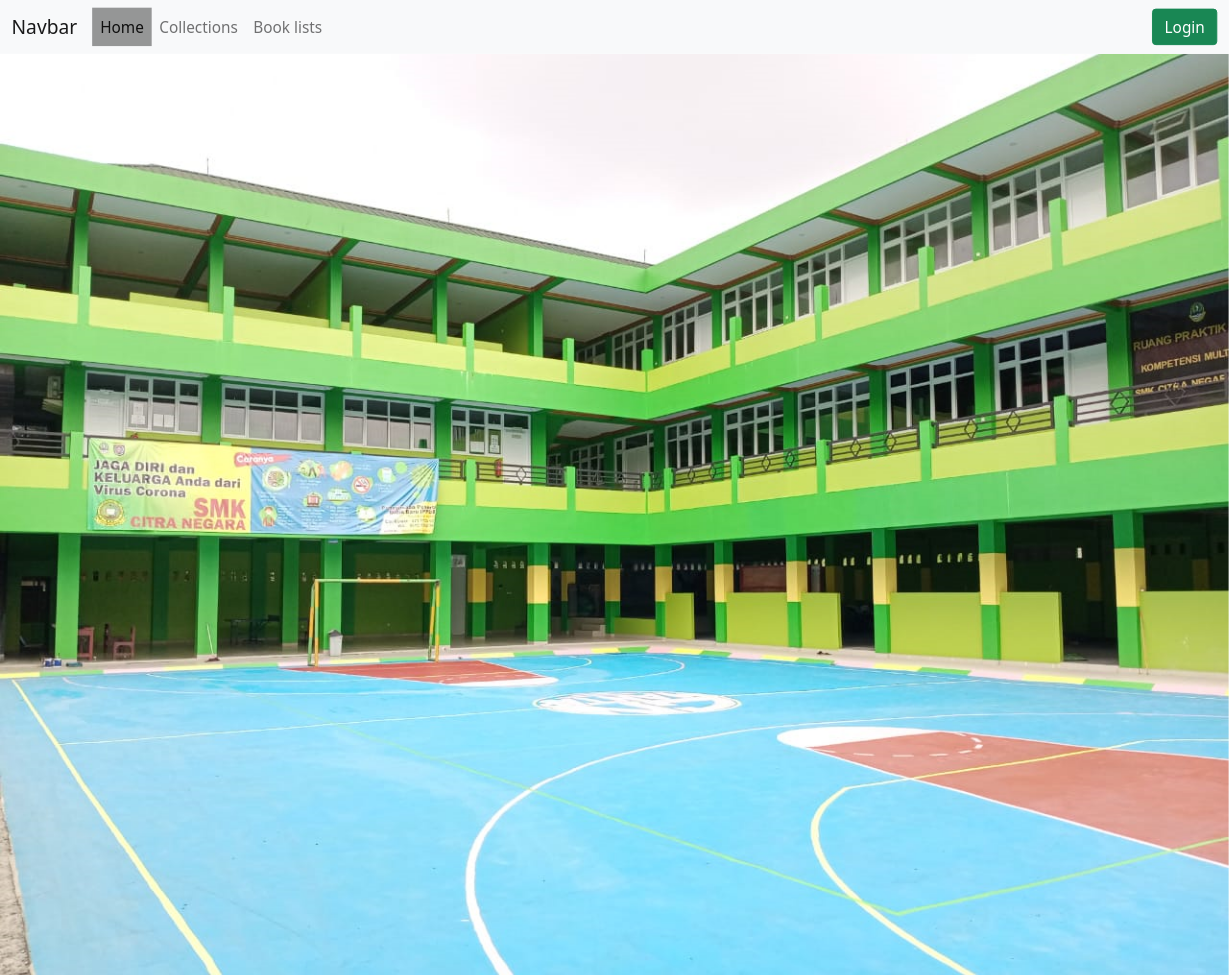
Repository: humanrizki/app-perpus-laravel-8
Page: http://localhost/home
These files come from the project's save history. The page is drawn as it stood at one moment and after the next save; the edit follows.
The browser window is 1280 px wide. The pictures show the whole page, at 96% of full size.
Some web libraries are served in a nearby version. The page is served by the project's Laravel application, run on PHP 8.4 with Laravel 8. Other server files are loaded and not shown.

Above is the page before, as saved 2021-11-25 11:49:23.

### routes/web.php
<?php

use App\Http\Controllers\CollectionController;
use Illuminate\Support\Facades\Route;

/*
|--------------------------------------------------------------------------
| Web Routes
|--------------------------------------------------------------------------
|
| Here is where you can register web routes for your application. These
| routes are loaded by the RouteServiceProvider within a group which
| contains the "web" middleware group. Now create something great!
|
*/

Route::get('/', function () {
    return view('welcome');
});

Auth::routes();

Route::get('/home', [App\Http\Controllers\HomeController::class, 'index'])->name('home');
Route::get('/collections',[CollectionController::class,'index'])->name('collections');
Route::get('/collections/{collection:slug}',[CollectionController::class,'show']);

### app/Http/Controllers/HomeController.php
<?php

namespace App\Http\Controllers;

use Illuminate\Http\Request;

class HomeController extends Controller
{
    /**
     * Create a new controller instance.
     *
     * @return void
     */
    public function __construct()
    {
        $this->middleware('guest');
    }

    /**
     * Show the application dashboard.
     *
     * @return \Illuminate\Contracts\Support\Renderable
     */
    public function index()
    {
        return view('HomeTemplate',[
            'title'=>'home page'
        ]);
    }
}

### resources/views/homeTemplate.blade.php
@extends('layouts.capp')
@section('content')
    <div class="container-img" style="width: 100%; height:80%; overflow:hidden;">
        <div class="img-content">
            <img src="img/cn.png" alt="" class="w-100" style="padding: 0px; margin:0px;">
        </div>
    </div>
@endsection

### resources/views/layouts/capp.blade.php
<!doctype html>
<html lang="en">
  <head>
    <meta charset="utf-8" />
    <meta http-equiv="X-UA-Compatible" content="IE=edge,chrome=1" />
    <meta content='width=device-width, initial-scale=1.0, maximum-scale=1.0, user-scalable=0, shrink-to-fit=no' name='viewport' />
    <title>{{ $title }}</title>

    <!--     Fonts and icons     -->
    <link href="https://fonts.googleapis.com/css?family=Montserrat:400,700,200" rel="stylesheet" />
    <link href="https://use.fontawesome.com/releases/v5.0.6/css/all.css" rel="stylesheet">
    <style>
      *,body{
        margin: 0px;
        padding: 0px;
      }
    </style>
    <link href="https://cdn.jsdelivr.net/npm/bootstrap@5.0.2/dist/css/bootstrap.min.css" rel="stylesheet" integrity="sha384-EVSTQN3/azprG1Anm3QDgpJLIm9Nao0Yz1ztcQTwFspd3yD65VohhpuuCOmLASjC" crossorigin="anonymous">
    <link rel="stylesheet" href="css/ul.css">
  </head>
  <body>
    @include('partials.header')
    @yield('content')

    <!--   Core JS Files   -->
    <script src="https://cdn.jsdelivr.net/npm/bootstrap@5.0.2/dist/js/bootstrap.bundle.min.js" integrity="sha384-MrcW6ZMFYlzcLA8Nl+NtUVF0sA7MsXsP1UyJoMp4YLEuNSfAP+JcXn/tWtIaxVXM" crossorigin="anonymous"></script>
  </body>
</html>

### resources/views/partials/header.blade.php

<nav class="navbar navbar-expand-lg navbar-light bg-light">
    <div class="container-fluid">
      <a class="navbar-brand" href="#">Navbar</a>
      <button class="navbar-toggler" type="button" data-bs-toggle="collapse" data-bs-target="#navbarSupportedContent" aria-controls="navbarSupportedContent" aria-expanded="false" aria-label="Toggle navigation">
        <span class="navbar-toggler-icon"></span>
      </button>
      <div class="collapse navbar-collapse" id="navbarSupportedContent">
        <ul class="navbar-nav me-auto mb-2 mb-lg-0">
          <li class="nav-item">
            <a class="nav-link {{ (request()->is('home')) ? 'active':'';}}" aria-current="page" href="/home">Home</a>
          </li>
          <li class="nav-item ">
            <a class="nav-link {{ (request()->is('collections*')) ? 'active':'';}}" href="/collections">Collections</a>
          </li>
          <li class="nav-item">
            <a class="nav-link {{ (request()->is('lists')) ? 'active':'';}}" href="/lists">Book lists</a>
          </li>
        </ul>
        <div class="container-login">
            <a href="/login" class="btn btn-success">Login</a>
        </div>
      </div>
    </div>
  </nav>

### public/css/ul.css
.nav-link.active{
    background-color: rgba(0, 0, 0, 0.4);
}

Loaded but not shown: app/Providers/AppServiceProvider.php (common file); app/Http/Controllers/Auth/ConfirmPasswordController.php (common file); app/Http/Controllers/Controller.php (common file)

After the next save:
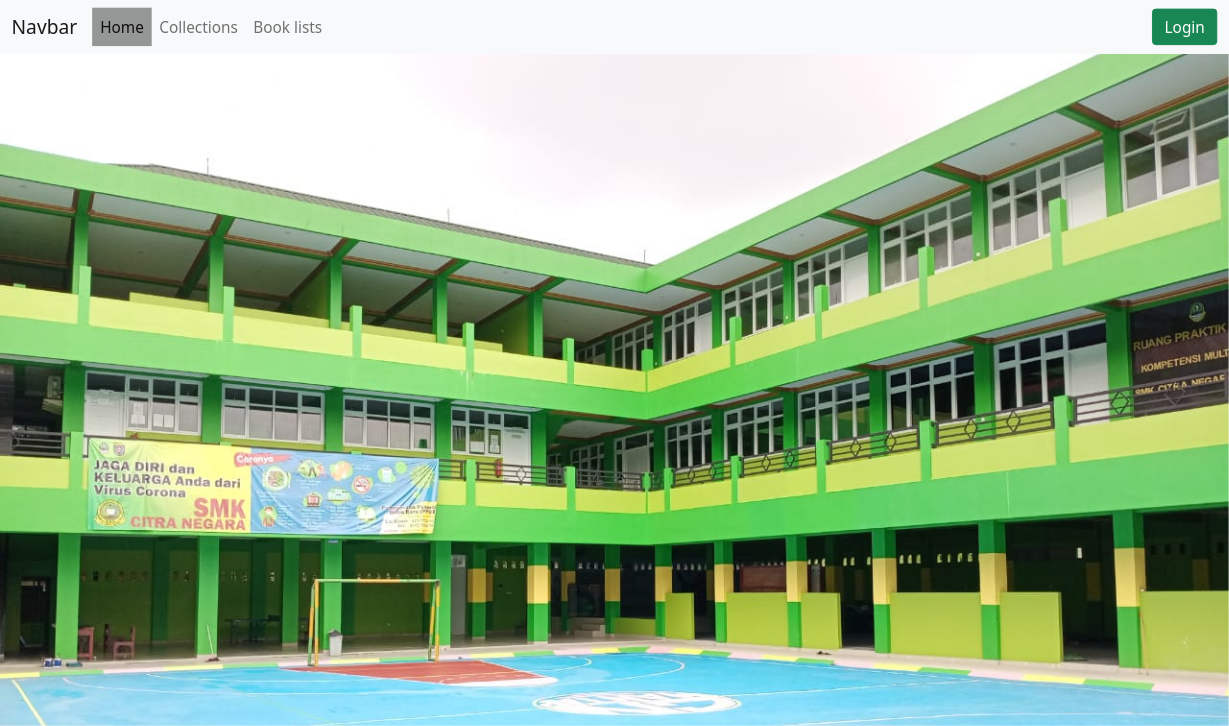
Saved 11 s later.
--- a/resources/views/homeTemplate.blade.php
+++ b/resources/views/homeTemplate.blade.php
@@ -1,6 +1,6 @@
 @extends('layouts.capp')
 @section('content')
-    <div class="container-img" style="width: 100%; height:80%; overflow:hidden;">
+    <div class="container-img" style="width: 100%; height:700px; overflow:hidden;">
         <div class="img-content">
             <img src="img/cn.png" alt="" class="w-100" style="padding: 0px; margin:0px;">
         </div>
